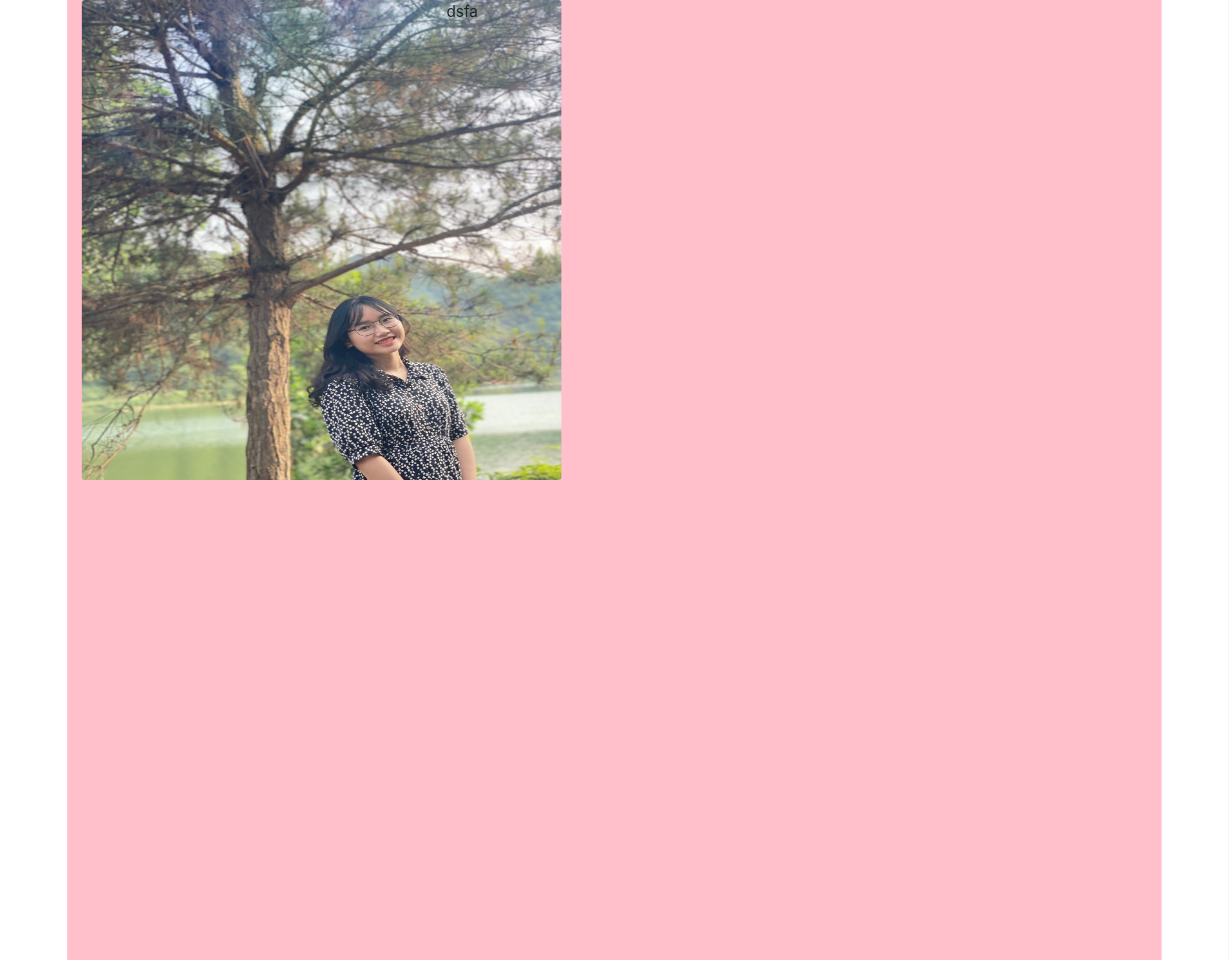
Repository: huyennvo/CSS
Page: CV/index.html
These files come from the project's save history. The page is drawn as it stood at one moment and after the next save; the edit follows.
The browser window is 1280 px wide. The pictures show the whole page, at 96% of full size.

Above is the page before, as saved 2022-07-18 14:36:47.

### CV/index.html
<!DOCTYPE html>
<html lang="en">
<head>
    <meta charset="UTF-8">
    <meta http-equiv="X-UA-Compatible" content="IE=edge">
    <meta name="viewport" content="width=device-width, initial-scale=1.0">
    <title>CV</title>
    <link rel="stylesheet" href="./style.css">
    <link rel="stylesheet" href="https://cdn.jsdelivr.net/npm/bootstrap@4.6.1/dist/css/bootstrap.min.css" integrity="sha384-zCbKRCUGaJDkqS1kPbPd7TveP5iyJE0EjAuZQTgFLD2ylzuqKfdKlfG/eSrtxUkn" crossorigin="anonymous">

</head>
<body>
    <div class="container">
        <div class="row">
            <div class="left col-sm-4">
                <img src="./Võ Thị Huyền.jpg" class="rounded" alt="Cinque Terre">
            </div>
            <div class="right col-sm-8">
                dsfa
            </div>
        </div>
    </div>
</body>
</html>

### CV/style.css
*{
    margin: 0;
    padding: 0;
}

.container {
    width: 500px;
    height: 1000px;
    background-color: pink;
}

.rounded {
    width: 500px;
    height: 500px;
}
.left {

}

.right {

}

After the next save:
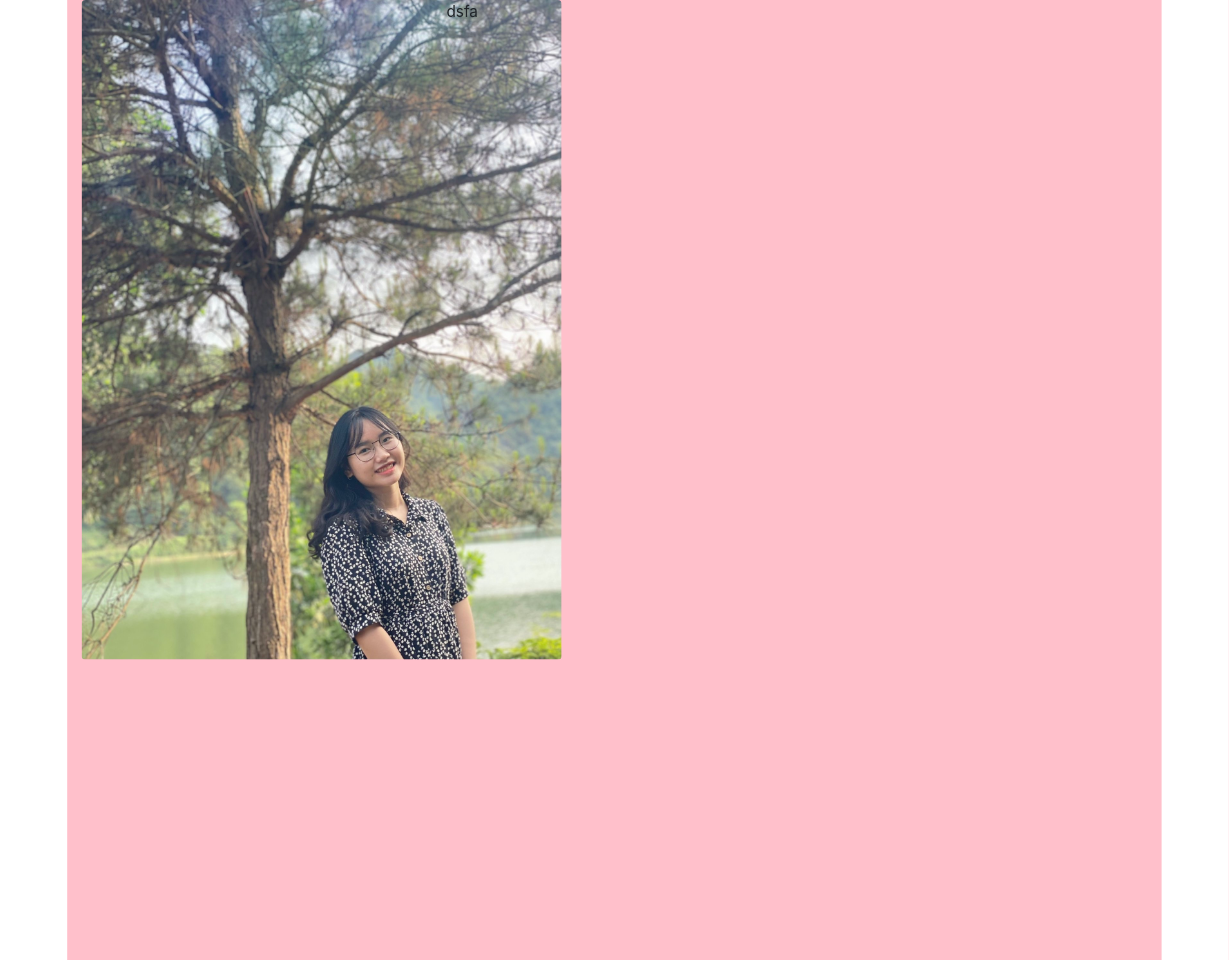
Saved 44 s later.
--- a/CV/style.css
+++ b/CV/style.css
@@ -9,10 +9,9 @@
     background-color: pink;
 }
 
-.rounded {
-    width: 500px;
-    height: 500px;
-}
+img {
+    max-width:500px;
+  }
 .left {
 
 }
